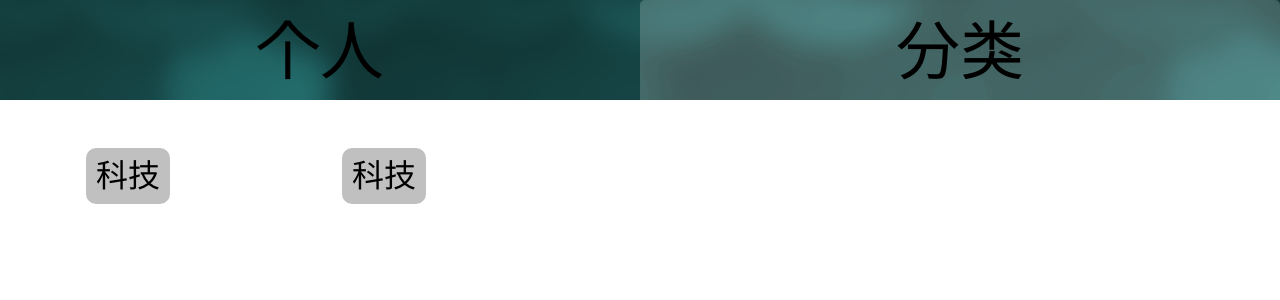
Repository: aoandxie/AoNews
Page: AoNews/WebContent/classify.html
An editor plug-in stored every save of this project. The page is shown before and after the next save, followed by the edit.
The browser window is 1280 px wide. The pictures show the whole page.

Above is the page before, as saved 2017-03-05 16:05:31.

### AoNews/WebContent/classify.html
<!DOCTYPE html>
<html>
	<head>
		<meta charset="UTF-8">
		<title>Ao News 首页</title>
		<link type="text/css" rel="stylesheet" href="common_style.css">
	</head>
	<body>
		<div class="Top">
			<ul><a href="faction.html">个人</a></ul>
			<ul class="Now"><a>分类</a></ul>
		</div>
		<div class="ClassBoxContainer">
			<div class="ClassBox"><a>科技</a></div>
			<div class="ClassBox"><a>科技</a></div>
		</div>
	</body>
</html>

### AoNews/WebContent/common_style.css
@CHARSET "UTF-8";
/* common set */
*{
	margin: 0;
	border: 0;
	padding: 0;
	font-family: Arial, Helvetica, sans-serif;
}

a{
	text-decoration: none;
	color: #000;
}

/* Login & Register */
.Canvas{
	position: fixed;
	background-image: url("back.jpg");
	width: 100%;
	height: 100%;
}

.Form{
	position: fixed;
	background-color: rgba(255,255,255,.2);
	left: 35%;
	top: 30%;
	border-radius: 5px;
	border-width: 2px;
	border-color: #000000;
	border-style: solid;
	padding: 1em;
	margin: 2em;
	z-index: 255;
}

.Form label{
	font-size: 2em;
	margin-right: 1em;
	z-index: 255;
}

.Form input{
	height: 2em;
	width: 60%;
	font-size: 1em;
	border-style: groove;
	border-width: 2px;
	border-color: #000000;
}

.LineLabel{
	border-bottom-style: solid;
	border-bottom-width: 2px;
	border-bottom-color: #000000;
}

.Button{
	text-align: center;
	margin: 1em;
}

/* Faction & classify */
.Top{
	height: 100px;
	background-image: url("back.jpg");
	width: 100%;
	text-align: center;
}

.Top ul a{
	display: block;
	position: relative;
	float: left;
	width: 50%;
	height: 100px;
	font-size: 4em;
	border-top-left-radius: 5px;
	border-top-right-radius: 5px;
}

.Now a{
	background-color: rgba(255,255,255,.2);
}

/* Faction */
.News{
	text-align: left;
	display: block;
	color: #201f35;
	border-radius: 5px;
	border-width: 2px;
	border-color: #555753;
	border-style: solid;
	width: 250px;
	margin: 5px;
}

.News:HOVER{
	background-color: #888a85;
}

.News a{
	font-size: 2em;
	margin: 5px;
}

.News a:CHECKED{
	color: #201f35;
}

/* Classify */
.ClassBoxContainer{
	position: relative;
	top: 50px;
	width: 100%;
	text-align: center;
}

.ClassBox{
	float: left;
	width: 20%;
}

.ClassBox a{
	font-size: 2em;
	padding: 10px;
	border-radius: 10px;
	background-color: silver;
}

After the next save:
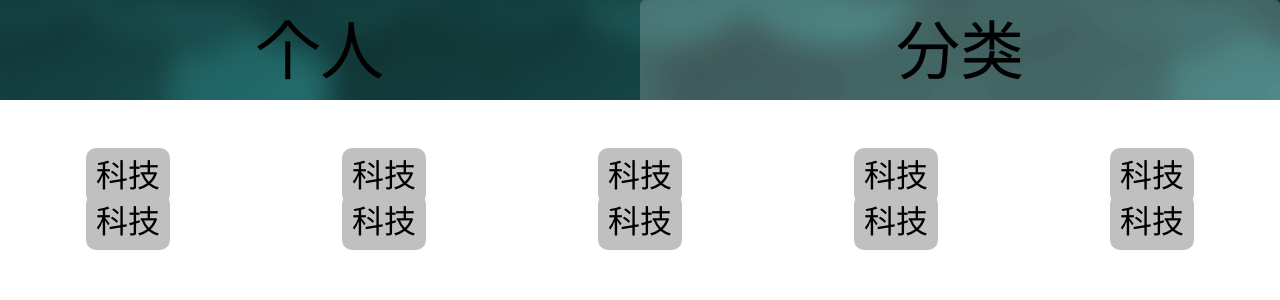
Saved 14 s later.
--- a/AoNews/WebContent/classify.html
+++ b/AoNews/WebContent/classify.html
@@ -13,6 +13,14 @@
 		<div class="ClassBoxContainer">
 			<div class="ClassBox"><a>科技</a></div>
 			<div class="ClassBox"><a>科技</a></div>
+			<div class="ClassBox"><a>科技</a></div>
+			<div class="ClassBox"><a>科技</a></div>
+			<div class="ClassBox"><a>科技</a></div>
+			<div class="ClassBox"><a>科技</a></div>
+			<div class="ClassBox"><a>科技</a></div>
+			<div class="ClassBox"><a>科技</a></div>
+			<div class="ClassBox"><a>科技</a></div>
+			<div class="ClassBox"><a>科技</a></div>
 		</div>
 	</body>
 </html>
